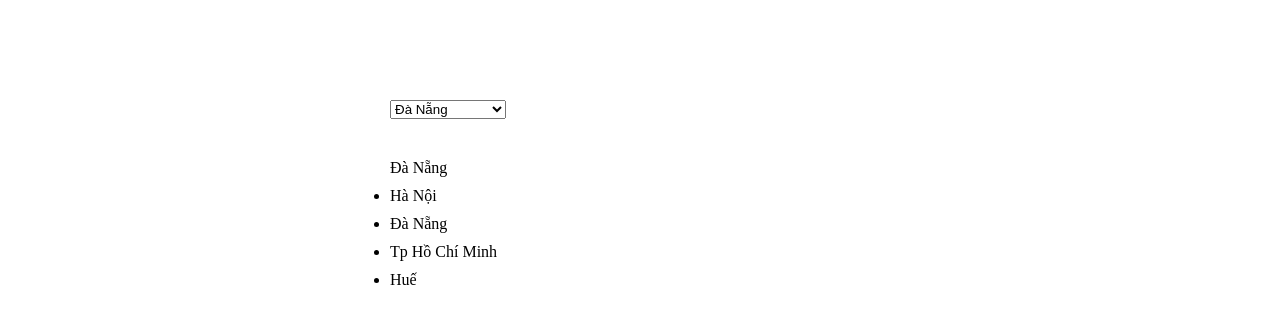
Repository: khanhbinh87/learnJs
Page: customSelect/index.html
These files come from the project's save history. The page is drawn as it stood at one moment and after a run of saves; the edit follows.
The browser window is 1280 px wide. The pictures show the whole page.

Above is the page before, as saved 2021-06-16 11:07:51.

### customSelect/index.html
<!DOCTYPE html>
<html lang="en">
<head>
    <meta charset="UTF-8">
    <meta name="viewport" content="width=device-width, initial-scale=1.0">
    <title>Document</title>
    <link rel="stylesheet" href="style.css">
</head>
<body>
        <form action="">
            <select name="" id="" class="custom-select">
                <option value="hanoi">Hà Nội</option>
                <option value="danang" selected >Đà Nẵng</option>
                <option value="tphcm">Tp Hồ Chí Minh</option>
                <option value="hue" >Huế</option>
            </select>
            <!-- <div class="wrapper-selected">
                <div class="selected" my-value="">Text tam thoi</div>
                <ul class="list-options">
                    <li my-value="hanoi">Hà Nội</li>
                    <li my-value="danang">Đà Nẵng</li>
                    <li my-value="tphcm">Tp Hồ Chí Minh</li>
                    <li my-value="hue">Huế</li>
                </ul>
            </div> -->
        </form>
        <script src="main.js"></script>
</body>
</html>

### customSelect/style.css
*{
    margin: 0;
    padding: 0;
    box-sizing: border-box;
}
form{
    margin:50px auto;
    width: 500px;
}
body{
    padding: 50px;
}
.custom-select {
    margin-bottom: 40px;

}
.selected{
    margin-bottom: 10px;
}
ul li + li{
    margin-top: 10px;
}

### customSelect/main.js
//tao div
//tao class
//tao div rong
//tao my-value
//tao text

var select = document.querySelector('.custom-select');
if(select){
    var listOptions = Array.from(select.querySelectorAll('option'))

    //tao div bao
    var divWrapper  = document.createElement('div');
        divWrapper.classList.add('wrapper-selected');

    //tao div select
    var divSelected = document.createElement('div');
        divSelected.classList.add('selected');


        if(listOptions.length > 0){
            divSelected.setAttribute('my-value',listOptions[0].getAttribute('value'))
            divSelected.innerText = listOptions[0].innerText

        }

    //tao ul li
    var ulElement = document.createElement('ul');
        ulElement.classList.add('list-options')

    //duyet tung listOptions
    listOptions.forEach(function(optionEl,index){
        var valueOption = optionEl.getAttribute('value');
        var textOption  = optionEl.innerText;

        //check co selected hay ko de tjay doi
        if(optionEl.getAttribute('selected') !== null){
            divSelected.setAttribute('my-value',valueOption)
            divSelected.innerText = textOption;
        }

        var liElement = document.createElement('li');
            liElement.setAttribute('my-value',valueOption);
            liElement.innerText = textOption;
            liElement.addEventListener('click',function(e){

                divSelected.setAttribute('my-value',this.getAttribute('my-value'));
                divSelected.innerText = this.innerText;
                // optionEl.setAttribute('selected','')

                var selectString = `option[value=${this.getAttribute('my-value')}]`
                // console.log(selectString);

                if(select.querySelector('option[selected]')){
                    select.querySelector('option[selected]').removeAttribute('selected')
                }
                select.querySelector(selectString).setAttribute('selected',true);
                console.log();


                    // console.log(listOptions[index]);

            //    listOptions[index].setAttribute('selected',true)
                // selectString.setAttribute('selected',true)

            })
            ulElement.append(liElement)

    })

    //appending
    divWrapper.append(divSelected);
    divWrapper.append(ulElement);
    document.body.appendChild(divWrapper);


    //chen div wrapper vao truoc hoac sau
    select.parentNode.insertBefore(divWrapper,select.nextSibling);

}

After the next 2 saves:
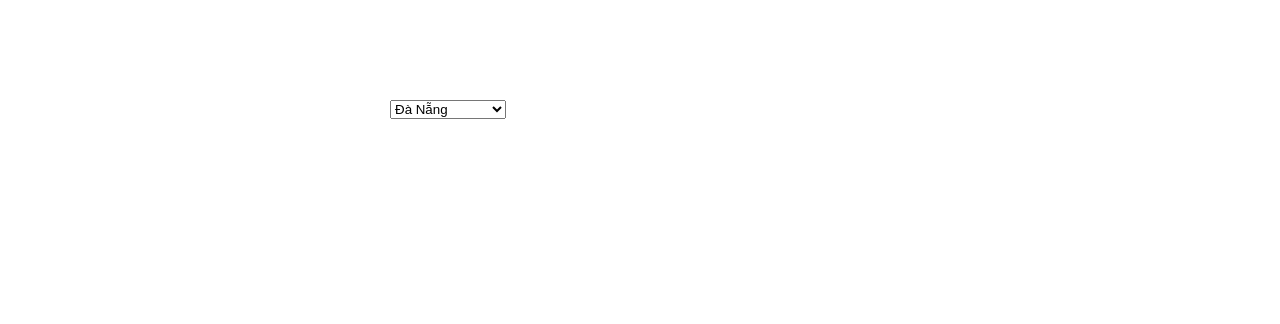
Console error: SyntaxError: missing ) after argument list
The 2 saves are shown as one change because they came seconds apart.
The last was saved 5 s later.
--- a/customSelect/main.js
+++ b/customSelect/main.js
@@ -53,8 +53,8 @@
                 if(select.querySelector('option[selected]')){
                     select.querySelector('option[selected]').removeAttribute('selected')
                 }
-                select.querySelector(selectString).setAttribute('selected',true);
-                console.log();
+
+                console.log(select.querySelector(selectString).setAttribute('selected',true););
 
 
                     // console.log(listOptions[index]);

After the save that followed:
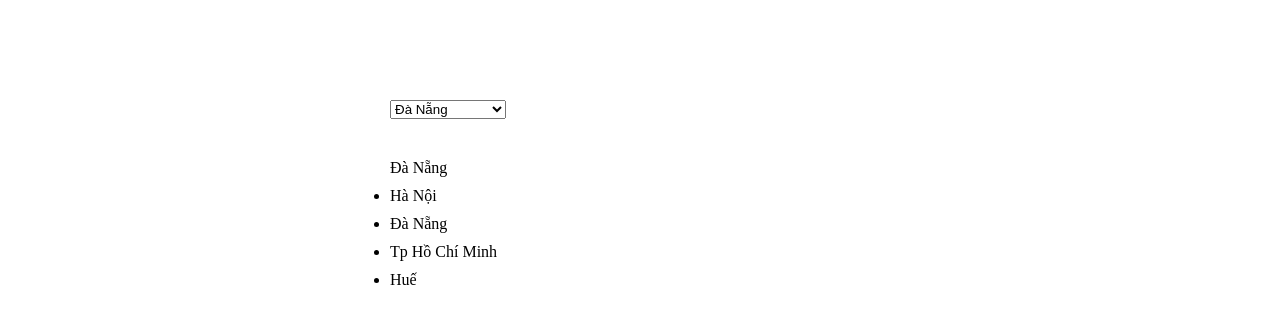
The error is gone.
Saved 5 s later.
--- a/customSelect/main.js
+++ b/customSelect/main.js
@@ -54,7 +54,7 @@
                     select.querySelector('option[selected]').removeAttribute('selected')
                 }
 
-                console.log(select.querySelector(selectString).setAttribute('selected',true););
+                console.log(select.querySelector(selectString).setAttribute('selected',true));
 
 
                     // console.log(listOptions[index]);
